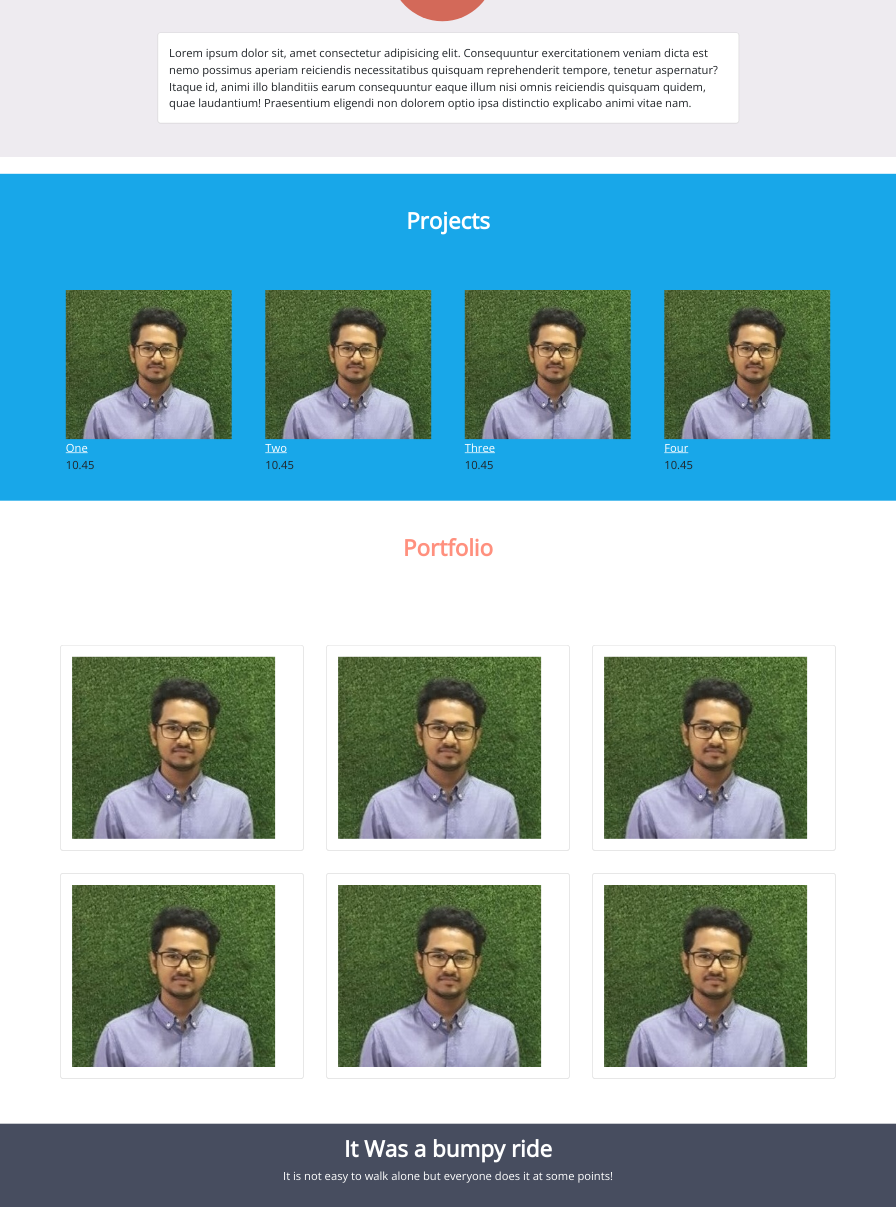
Repository: emowzz/emowzz.github.io
Page: index.html
These files come from the project's save history. The page is drawn as it stood at one moment and after the next save; the edit follows.
The browser window is 1280 px wide. The pictures show the part of the page from y = 1976 to 3896 px (the page is 3700 px tall before and 3896 px after), at 70% of full size.
Some web libraries are served in a nearby version.

Above is the page before, as saved 2021-03-17 23:58:02.

After the next save:
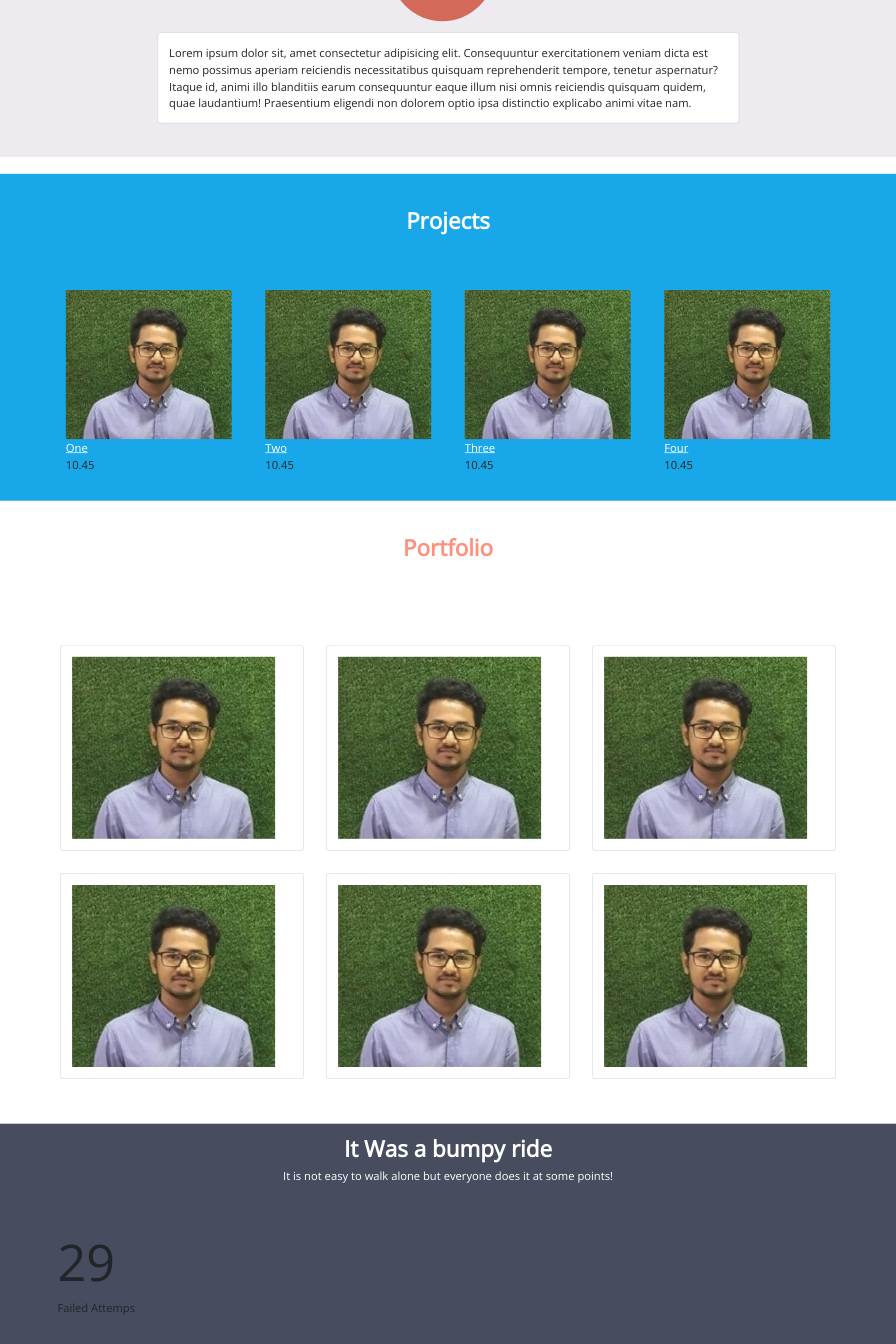
Saved 2 min 25 s later.
--- a/index.html
+++ b/index.html
@@ -260,12 +260,21 @@
 
     <div class="contact-container">
       <div class="container">
+
         <div class="row py-3">
           <div class="col text-white text-center">
             <h2 class="fw-bolder">It Was a bumpy ride</h2>
             <p>It is not easy to walk alone but everyone does it at some points!</p>
           </div>
         </div>
+
+        <div class="row py-4">
+          <div class="col-md-3">
+            <span style="font-size: 72px;">29</span>
+            <p>Failed Attemps</p>
+          </div>
+        </div>
+
       </div>
     </div>
 
